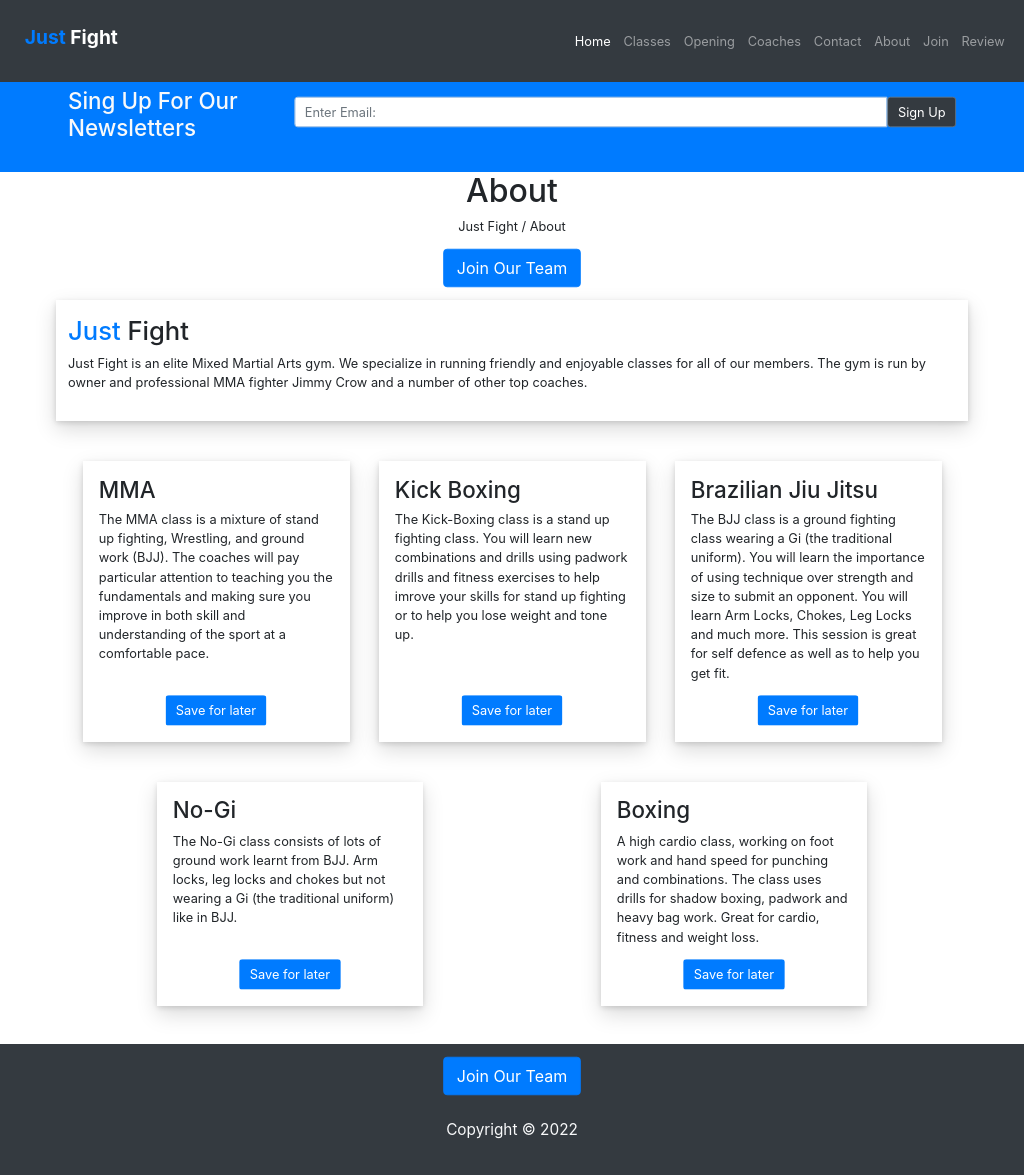
Repository: IonPara/Just-Fight
Page: about.html
These files come from the project's save history. The page is drawn as it stood at one moment and after the next save; the edit follows.
The browser window is 1280 px wide. The pictures show the whole page, at 80% of full size.
Some web libraries are served in a nearby version.

Above is the page before, as saved 2023-03-13 16:24:43.

### about.html
<!DOCTYPE html>
<html lang="en">

<head>
  <meta charset="utf-8">
  <meta name="viewport" content="width=device-width, initial-scale=1.0">
  <title>About Us</title>
  <link href="./Styles/about.css" rel="stylesheet" type="text/css">
  <!-- link to bootstrap -->
  <link rel="stylesheet" href="https://cdn.jsdelivr.net/npm/bootstrap@4.2.1/dist/css/bootstrap.min.css"
    integrity="sha384-GJzZqFGwb1QTTN6wy59ffF1BuGJpLSa9DkKMp0DgiMDm4iYMj70gZWKYbI706tWS" crossorigin="anonymous">
  <script defer src="./Js/about.js"></script>
</head>

<body>
  <header>

    <!-- ------------Nav bar ------------------------>
    <nav class="navbar navbar-expand-lg navbar-dark bg-dark fixed-top">
      <div class="container pb-4 mr-5">
        <a class="navbar-brand mt-3" id="brand" href="#"><span class="text-primary">Just </span> Fight</a>
        <button class="navbar-toggler" type="button" data-toggle="collapse" data-target="#navbarSupportedContent"
          aria-controls="navbarSupportedContent" aria-expanded="false" aria-label="Toggle navigation">
          <span class="navbar-toggler-icon"></span>
        </button>
      </div>

      <div class="collapse navbar-collapse" id="navbarSupportedContent">
        <ul class="navbar-nav justify-content-end">
          <li class="nav-item active">
            <a class="nav-link" href="#">Home <span class="sr-only">(current)</span></a>
          </li>
          <li class="nav-item">
            <a class="nav-link" href="#ourClasses">Classes</a>
          </li>
          <li class="nav-item">
            <a class="nav-link" href="#openingHours">Opening</a>
          </li>
          <li class="nav-item">
            <a class="nav-link" href="#coaches">Coaches</a>
          </li>
          <li class="nav-item">
            <a class="nav-link" href="#contact">Contact</a>
          </li>
          <li class="nav-item">
            <a class="nav-link" href="./about.html">About</a>
          </li>
          <li class="nav-item">
            <a class="nav-link" href="./plans.html">Join</a>
          </li>
          <li class="nav-item">
            <a class="nav-link" href="./review.html">Review</a>
          </li>
        </ul>
      </div>
    </nav>
  </header>

  <!-- Blue section -->
  <div class="bg-primary text-light sign-up">
    <div class="container">
      <div class="d-md-flex justify-content-between align-items-center">
        <h3 class="mb3-mb-md-0">
          Sing Up For Our Newsletters
        </h3>

        <div class="input-group mb-3">
          <input type="text" class="form-control newsletter-input" placeholder="Enter Email:"
            aria-label="Recipient's username" aria-describedby="button-addon2">
          <button class="btn btn-outline-secondary bg-dark text-white" type="button" id="button-addon2">
            Sign Up
          </button>
        </div>

      </div>
    </div>
  </div>
  <!-- About -->
  <section>
    <div class="about text-center">
      <h1>About</h1>
      <p>Just Fight / About</p>
      <!-- Join our team button -->
      <a class="text-white" href="./plans.html" target="_blank" rel="noopener noreferrer">
        <button class="btn btn-lg btn-primary mb-3 ">
          Join Our Team
        </button>
      </a>
    </div>
    <!-- Just Fight description -->
    <div class="container description">
      <h2><span class="text-primary">Just</span> Fight</h2>
      <p>
        Just Fight is an elite Mixed Martial Arts gym. We specialize in running friendly and enjoyable classes for all
        of our members. The gym is run by owner and professional MMA fighter Jimmy Crow and a number of other top
        coaches.
      </p>
    </div>
  </section>

  <!-- Martial arts description -->
  <section class="classes">
    <div class="container">
      <!-- Section for top 3 descriptions -->
      <div class="martial-arts">

        <div class="item d-flex flex-column  justify-content-between">
          <div id="mma">
            <h3 class="title">MMA</h3>
            <p>
              The MMA class is a mixture of stand up fighting, Wrestling, and ground work (BJJ). The coaches will pay
              particular attention to teaching you the fundamentals and making sure you improve in both skill and
              understanding of the sport at a comfortable pace.
            </p>
          </div>
          <div class="d-flex justify-content-center">
            <button type="button" class="mma btn bg-primary text-white save-for-later"
              onclick="saveForLater('mma')">Save for later</button>
          </div>
        </div>

        <div class="item d-flex flex-column  justify-content-between">
          <div id="kick-box">
            <h3 class="title">Kick Boxing</h3>
            <p>
              The Kick-Boxing class is a stand up fighting class. You will learn new combinations and drills using
              padwork drills and fitness exercises to help imrove your skills for stand up fighting or to help you lose
              weight and tone up.
            </p>

          </div>
          <div class="d-flex justify-content-center mt-5">
            <button type="button" class="kick-box btn bg-primary text-white save-for-later"
              onclick="saveForLater('kick-box')">Save for later</button>
          </div>
        </div>

        <div class="item d-flex flex-column  justify-content-between">
          <div id="bjj">
            <h3 class="title">Brazilian Jiu Jitsu</h3>
            <p>
              The BJJ class is a ground fighting class wearing a Gi (the traditional uniform). You will learn the
              importance of using technique over strength and size to submit an opponent. You will learn Arm Locks,
              Chokes, Leg Locks and much more. This session is great for self defence as well as to help you get fit.
            </p>
          </div>
          <div class="d-flex justify-content-center">
            <button type="button" class="bjj btn bg-primary text-white save-for-later"
              onclick="saveForLater('bjj')">Save for later</button>
          </div>
        </div>
      </div>
      <!-- Section for bottom 2 descriptions -->
      <div class="martial-arts ">

        <div class="item d-flex flex-column  justify-content-between">
          <div id="nogi">
            <h3 class="title">No-Gi</h3>
            <p>
              The No-Gi class consists of lots of ground work learnt from BJJ. Arm locks, leg locks and chokes but not
              wearing a Gi (the traditional uniform) like in BJJ.
            </p>
          </div>
          <div class="d-flex justify-content-center">
            <button type="button" class="nogi btn bg-primary text-white save-for-later"
              onclick="saveForLater('nogi')">Save for later</button>
          </div>
        </div>

        <div class="item d-flex flex-column  justify-content-between">
          <div id="boxing">
            <h3 class="title">Boxing</h3>
            <p>
              A high cardio class, working on foot work and hand speed for punching and combinations. The class uses
              drills for shadow boxing, padwork and heavy bag work. Great for cardio, fitness and weight loss.
            </p>
          </div>
          <div class="d-flex justify-content-center">
            <button type="button" class="boxing btn bg-primary text-white save-for-later"
              onclick="saveForLater('boxing')">Save for later</button>
          </div>
        </div>
      </div>
    </div>
  </section>
  <!-- Footer -->
  <footer class="bg-dark text-center text-light mt-5">
    <a class="text-white" href="./plans.html" target="_blank" rel="noopener noreferrer">
      <button class="btn btn-lg btn-primary mt-3 ">
        Join Our Team
      </button>
    </a>
    <p>Copyright &copy; 2022</p>
  </footer>
</body>

</html>

### Styles/about.css
#brand {
    font-size: 1.5rem;
    font-weight: bolder;
  }

  /* Sign Up for Newsletters section */
.sign-up {
    padding:30px;
    margin-top: 80px;
}

/* Martial arts boxes */
.martial-arts {
    margin-top: 50px;
    width: 100%;
    display: flex;
    justify-content: space-around;
}

 .item {
    padding: 20px;
    width: 30%;
    box-shadow: 0 10px 25px 0 rgb(0 0 0 / 15%), 0 3px 7px 0 rgb(0 0 0 / 15%);
}

.martial-arts .item:hover, .description:hover {
    -webkit-transform: scale(0.5);
        transform: scale(1.05);
}


/* Just Fight Description */
.description {
    padding: 20px;
    box-shadow: 0 10px 25px 0 rgb(0 0 0 / 15%), 0 3px 7px 0 rgb(0 0 0 / 15%);
}



/* Footer Section */
footer p{
    padding: 4vh 0;
    margin-bottom: 0;
    font-size: larger;
    height: 100px;
}
/* ---------Media Screen */

@media screen and (max-width:1000px) {
    .martial-arts {
        display: block;
    }

    .martial-arts .item {
        width: 100%;
    }
  }

### Js/about.js
// Create an empty array
let martialArtArticles = [];

// Create an object that will have a heading and a  paragraph as its arguments
function MartialArt (heading, paragraph) {
    this.heading = heading,
    this.paragraph = paragraph
}

// Create a function that will take id as its argument
    // Select an element with an id of "id" argument set it to a variable called "article"
    // Select the text value of h3 from "article" save it to a variable
    // Select the text value of paragraph from "article" save it to a variable
    // Create an instance of the object that will take te values of h3 and p
const saveForLater = (id) => {
    const article = document.getElementById(id);
    let h3 = article.childNodes[1].innerHTML
    let p = article.childNodes[3].innerText
    const martialArt = new MartialArt(h3, p);

    // Get the array from the local storage
     let array = JSON.parse(localStorage.getItem('martialArtArticles'));
    // If the array is not null and its length is greater than 0
        // create a counter set it equal to 0
    // Loop through the array
        // If the heading from the martialArt object is not equal to the heading of the object from the array
            // Increment counter
     if (array !== null && array.length > 0) {
        martialArtArticles = array;
        let counter = 0;
        martialArtArticles.forEach(element => {
            if (element.heading == martialArt.heading) {
                counter++;
            }
        })
        // If counter is equal to 0
            // Push the object to the array
        if (counter === 0) {
            martialArtArticles.push(martialArt);
        }
    // Otherwise
    } else {
         // Push the object to the array
            martialArtArticles.push(martialArt);
        }
       // Add the array to the localStorage
        localStorage.setItem("martialArtArticles", JSON.stringify(martialArtArticles));

        // Get the array from the localStorage
        let arr = JSON.parse(localStorage.getItem('martialArtArticles'));
        // Alert the number of articles are saved
        alert(`You have ${arr.length} articles saved!`)
}

After the next save:
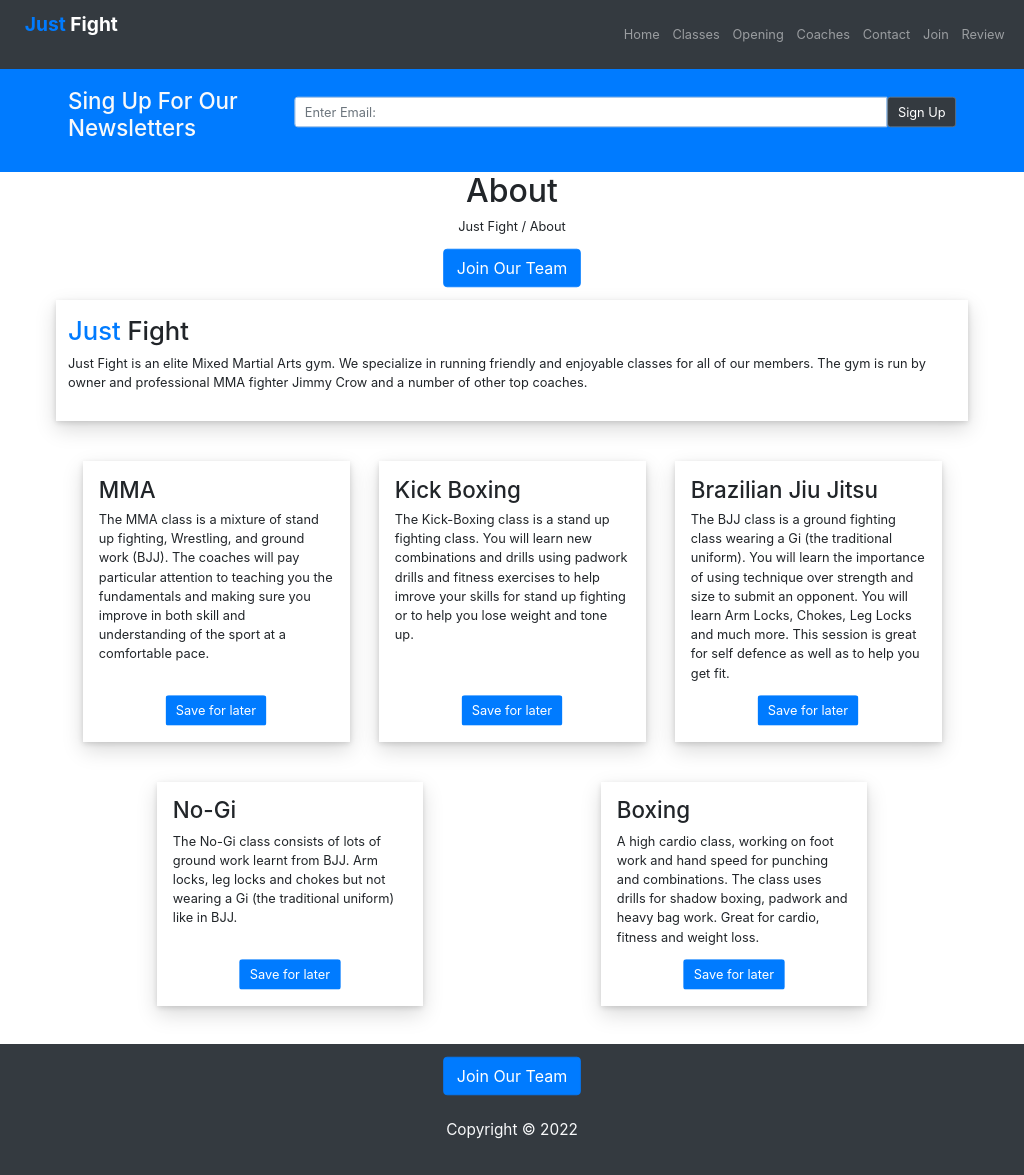
Saved 17 s later.
--- a/about.html
+++ b/about.html
@@ -14,11 +14,11 @@
 
 <body>
   <header>
-
     <!-- ------------Nav bar ------------------------>
+    <!-- It will expand on large screen and collapse on medium and smaller screens-->
     <nav class="navbar navbar-expand-lg navbar-dark bg-dark fixed-top">
-      <div class="container pb-4 mr-5">
-        <a class="navbar-brand mt-3" id="brand" href="#"><span class="text-primary">Just </span> Fight</a>
+      <div class="container pb-4">
+        <a class="navbar-brand" id="brand" href="./index.html"><span class="text-primary">Just </span> Fight</a>
         <button class="navbar-toggler" type="button" data-toggle="collapse" data-target="#navbarSupportedContent"
           aria-controls="navbarSupportedContent" aria-expanded="false" aria-label="Toggle navigation">
           <span class="navbar-toggler-icon"></span>
@@ -27,23 +27,20 @@
 
       <div class="collapse navbar-collapse" id="navbarSupportedContent">
         <ul class="navbar-nav justify-content-end">
-          <li class="nav-item active">
-            <a class="nav-link" href="#">Home <span class="sr-only">(current)</span></a>
+          <li class="nav-item ">
+            <a class="nav-link" href="./index.html">Home</a>
           </li>
           <li class="nav-item">
-            <a class="nav-link" href="#ourClasses">Classes</a>
+            <a class="nav-link" href="./index.html#ourClasses">Classes</a>
           </li>
           <li class="nav-item">
-            <a class="nav-link" href="#openingHours">Opening</a>
+            <a class="nav-link" href="./index.html#openingHours">Opening</a>
           </li>
           <li class="nav-item">
-            <a class="nav-link" href="#coaches">Coaches</a>
+            <a class="nav-link" href="./index.html#coaches">Coaches</a>
           </li>
           <li class="nav-item">
-            <a class="nav-link" href="#contact">Contact</a>
-          </li>
-          <li class="nav-item">
-            <a class="nav-link" href="./about.html">About</a>
+            <a class="nav-link" href="./index.html#contact">Contact</a>
           </li>
           <li class="nav-item">
             <a class="nav-link" href="./plans.html">Join</a>
